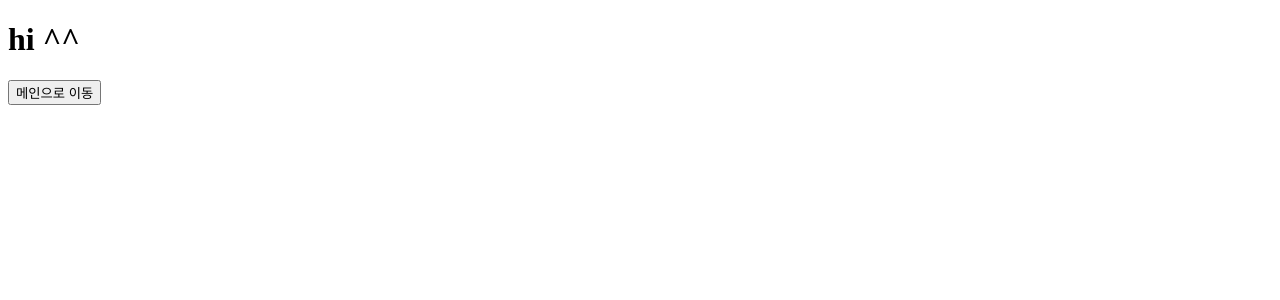
Repository: minheock/jsp
Page: servlet01/src/main/webapp/index.html
These files come from the project's save history. The page is drawn as it stood at one moment and after the next save; the edit follows.
The browser window is 1280 px wide. The pictures show the whole page.

Above is the page before, as saved 2023-08-30 07:35:49.

### servlet01/src/main/webapp/index.html
<!DOCTYPE html>
<html>
<head>
<meta charset="UTF-8">
<title>Insert title here</title>
</head>
<body>
	<h1> hi ^^</h1>
	<button onclick="location.href='main'">메인으로 이동</button>
</body>
</html>

After the next save:
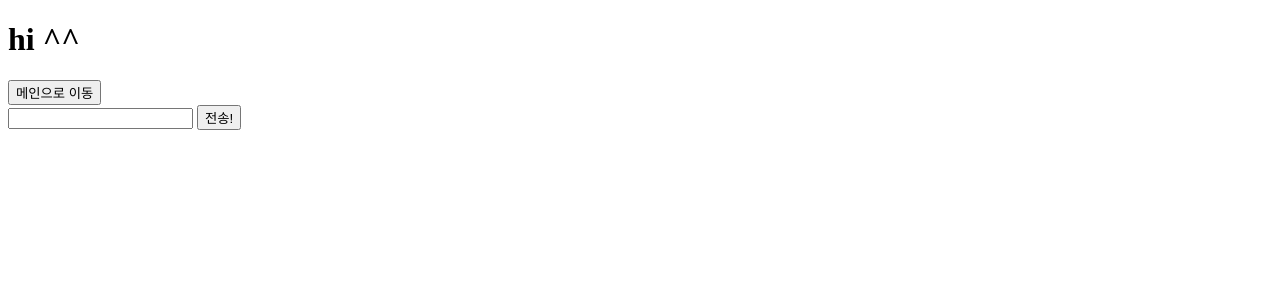
Saved 2 min 23 s later.
--- a/servlet01/src/main/webapp/index.html
+++ b/servlet01/src/main/webapp/index.html
@@ -7,5 +7,9 @@
 <body>
 	<h1> hi ^^</h1>
 	<button onclick="location.href='main'">메인으로 이동</button>
+	<form action="second" method="get">
+		<input name="nm" type="text">
+		<input type="submit" value="전송!">
+	</form>
 </body>
 </html>
